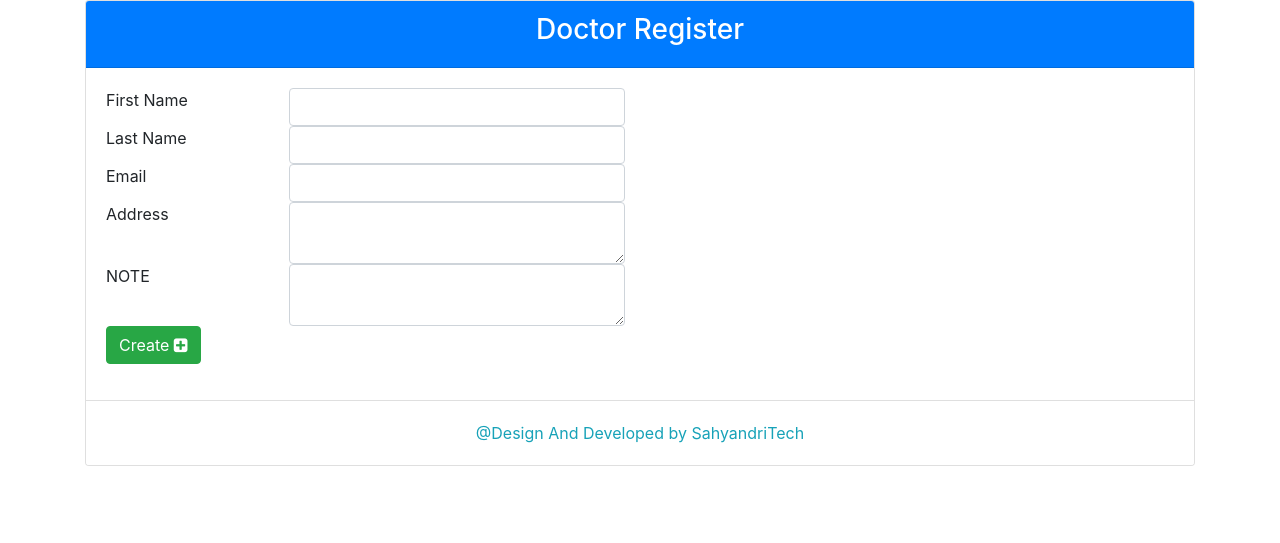
Repository: AmolRajuru11/HealthCareEx
Page: http://localhost/DoctorRegister
An editor plug-in stored every save of this project. The page is shown before and after the next save, followed by the edit.
The browser window is 1280 px wide. The pictures show the whole page.
The page is this project's Thymeleaf template; nobody is signed in. The template is opened directly, without the code that normally fills it, so the values that code supplies are empty.

Above is the page before, as saved 2021-10-15 10:18:45.

After the next save:
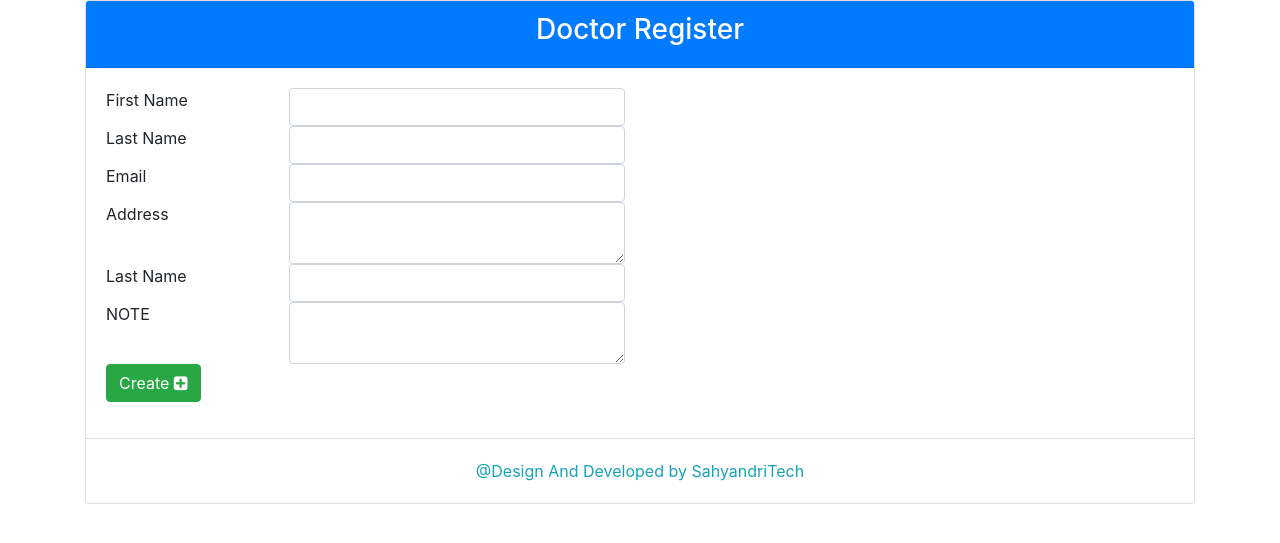
Saved 7 min 3 s later.
--- a/HeathCare/src/main/resources/templates/DoctorRegister.html
+++ b/HeathCare/src/main/resources/templates/DoctorRegister.html
@@ -68,6 +68,20 @@
 							<textarea name="address" id="address" class="form-control"></textarea>
 						</div>
 						<div class="col-6">
+							<span id="addressError"></span>
+						</div>
+					</div>
+
+					<!-- row #5 -->
+					<div class="row">
+						<div class="col-2">
+							<label for="lastName">Last Name</label>
+						</div>
+						<div class="col-4">
+							<input type="text" name="lastName" id="lastName"
+								class="form-control" />
+						</div>
+						<div class="col-6">
 							<span id="lastNameError"></span>
 						</div>
 					</div>
